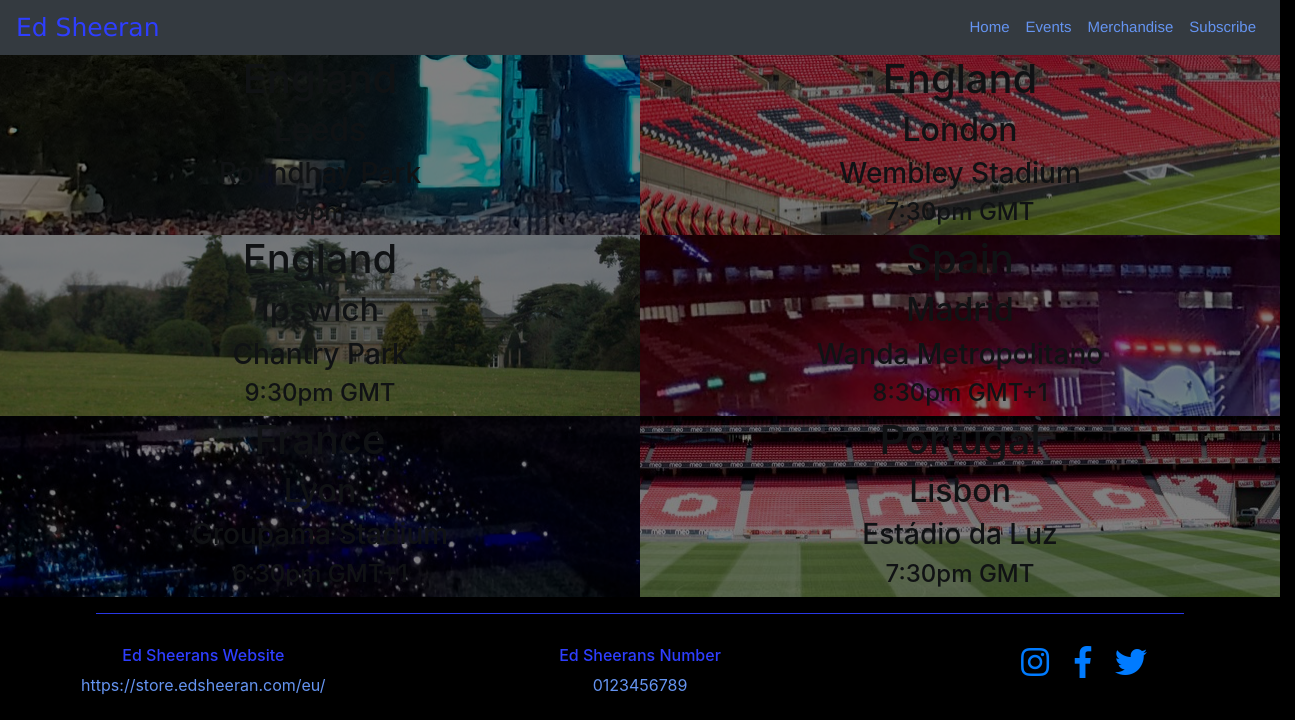
Repository: amit238/milestone-project-1
Page: events.html
The author's editor kept a record of every edit. The page is drawn from the files as they stood at one moment, then again after the next edit.
The browser window is 1280 px wide. The page is 1295 px wide, so the pictures cover 1295 px, including what lies to the right of the window. The pictures show the whole page.
The pointer rests on the first visible `.events-ipswich`.
Some web libraries are served in a nearby version.

Above is the page before.

After the next edit:
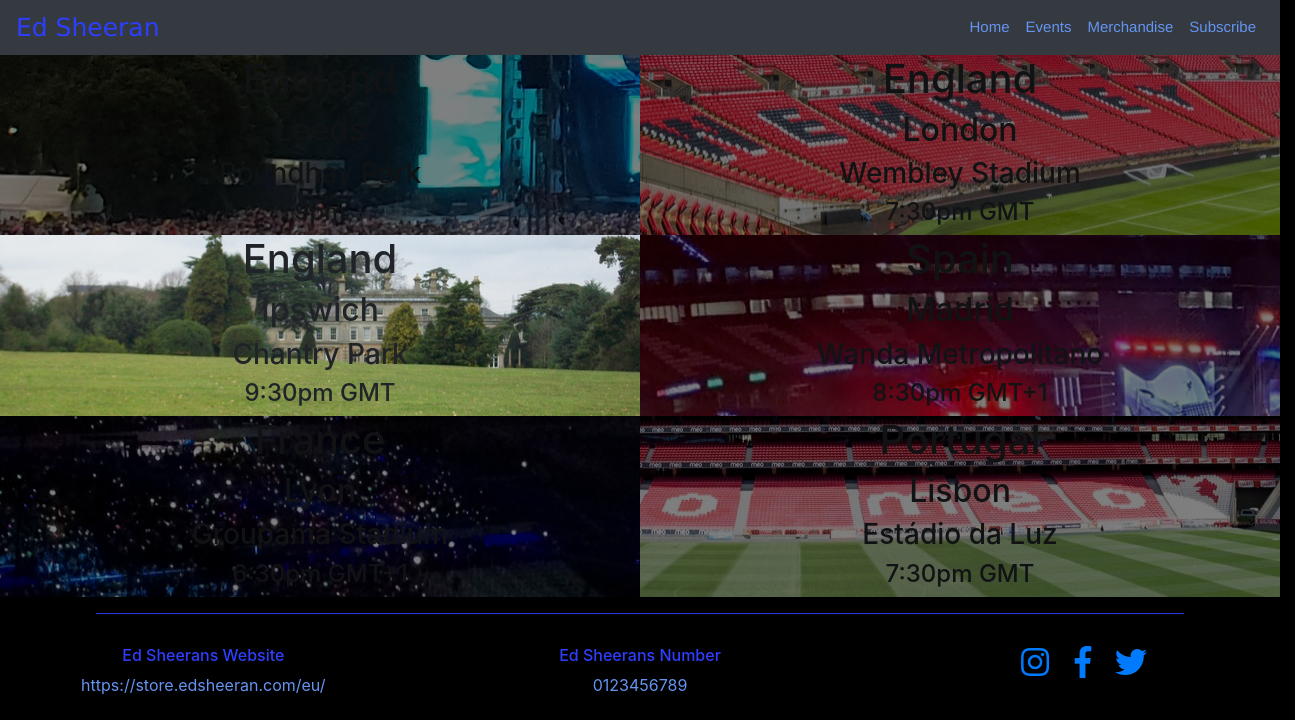
The edit:
--- a/assets/css/style.css
+++ b/assets/css/style.css
@@ -137,6 +137,12 @@
     opacity: 0.5;
 }
 
+.events-ipswich:hover {
+    opacity: 1;
+    transition-duration: 2s;
+    /*transition-timing-function: ease-in;*/
+}
+
 .events-madrid {
     background-image: url("../../wanda.png");
     background-repeat: no-repeat;
